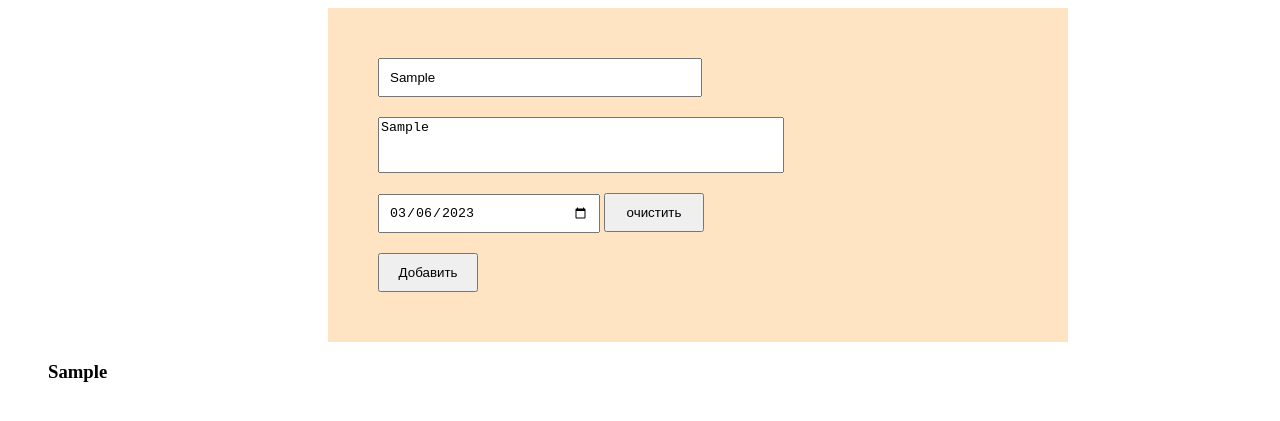
Repository: Grid-Master/commentList
Page: index.html
These files come from the project's save history. The page is drawn as it stood at one moment and after the next save; the edit follows.
The browser window is 1280 px wide. The pictures show the whole page.
Empty fields were first filled with sample values (such as "Sample", 5 or name@example.com).
After loading, the first visible `form` was submitted once.

Above is the page before, as saved 2023-03-07 10:55:08.

After the next save:
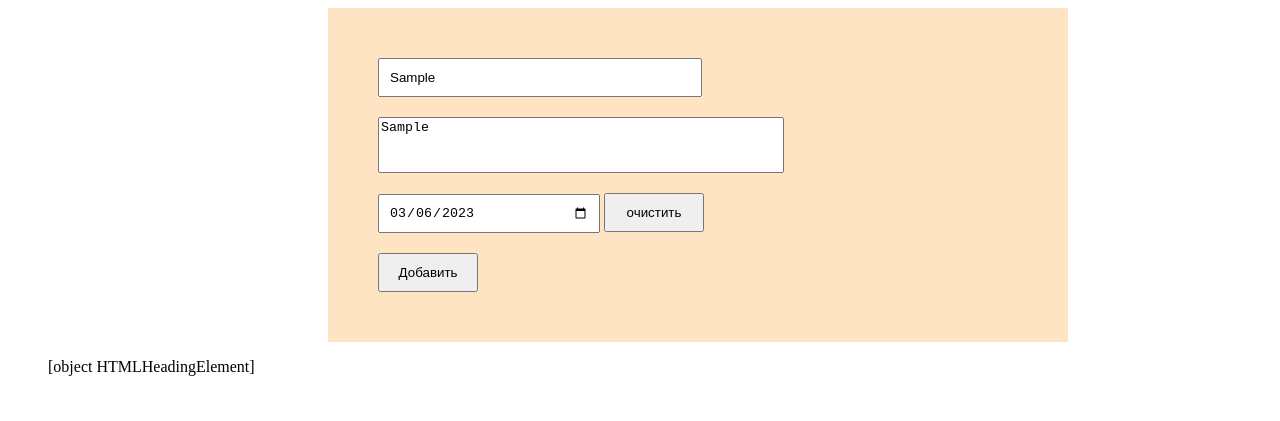
Saved 54 s later.
--- a/script.js
+++ b/script.js
@@ -18,7 +18,7 @@ function addComment() {
   nameEl.innerHTML = name;
   commentEl.innerHTML = comment;
 
-  list.append(nameEl);
+  list.append(`${nameEl}`);
   //   list.append(listElem);
 
   //   commentsData.push({
